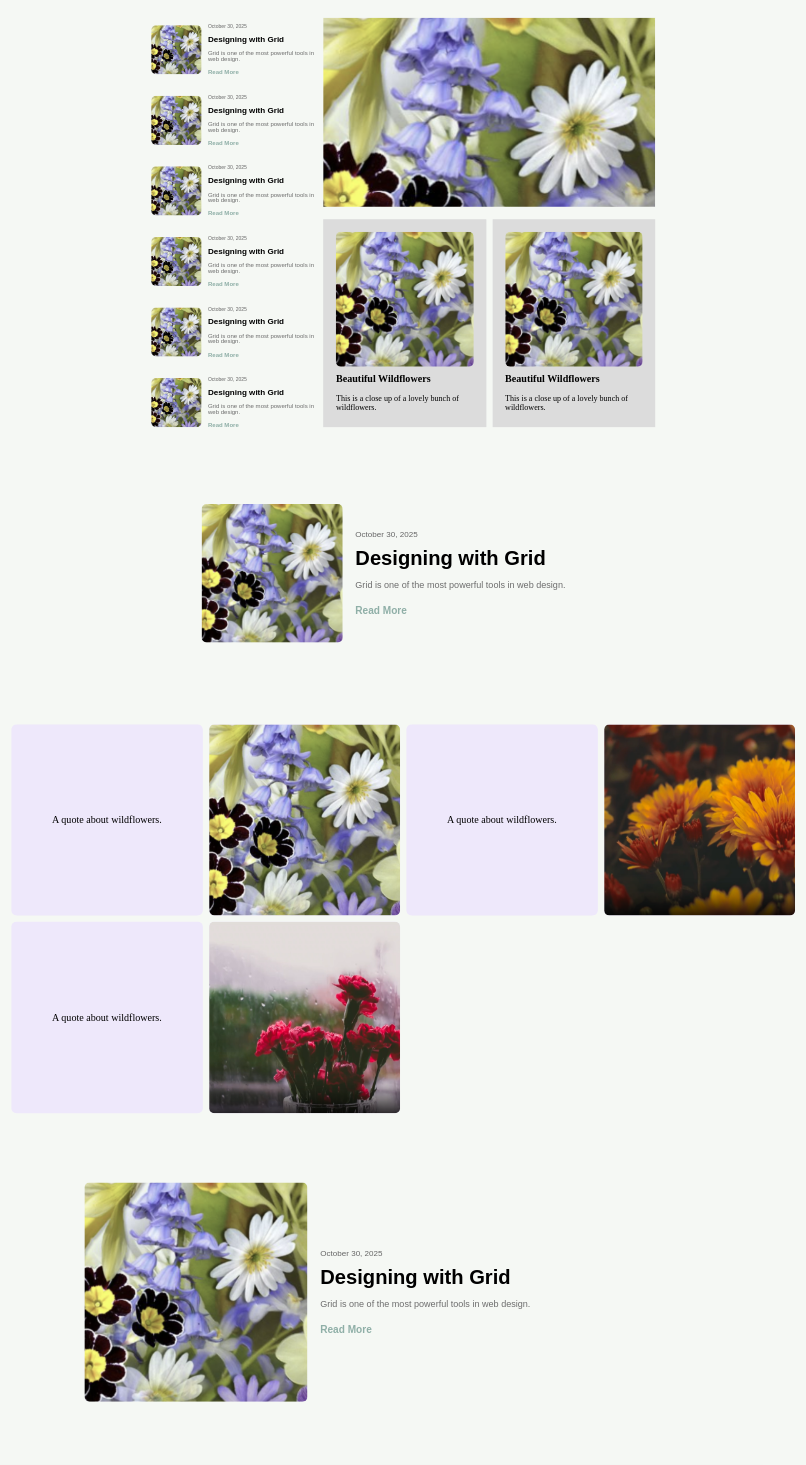
Repository: Brittany-Westlund/WebDesign
Page: Assignment5/grid.html
These files come from the project's save history. The page is drawn as it stood at one moment and after the next save; the edit follows.
The browser window is 1280 px wide. The pictures show the whole page, at 63% of full size.

Above is the page before, as saved 2025-11-19 10:30:22.

### Assignment5/grid.html
<!DOCTYPE html>
<html lang="en">
<head>
    <meta charset="UTF-8">
    <title>Grid Layout</title>
    <link rel="stylesheet" href="style/style.css">
</head>

<body>

<div class="page-wrapper">

<div class="featured-section">

  <!-- Blog List -->
  <div class="blog-list">

    <div class="blog-preview">
      <img src="images/wildflowers-square.png" alt="A closeup of wildflowers.">
      <div class="blog-text">
        <p class="date">October 30, 2025</p>
        <h2 class="post-title">Designing with Grid</h2>
        <p class="post-preview">
          Grid is one of the most powerful tools in web design.
        </p>
        <a href="blog-post.html" class="read-more">Read More</a>
      </div>
    </div>

    <!-- You can copy/paste more blog-preview divs here if you want -->
     <div class="blog-preview">
      <img src="images/wildflowers-square.png" alt="A closeup of wildflowers.">
      <div class="blog-text">
        <p class="date">October 30, 2025</p>
        <h2 class="post-title">Designing with Grid</h2>
        <p class="post-preview">
          Grid is one of the most powerful tools in web design.
        </p>
        <a href="blog-post.html" class="read-more">Read More</a>
      </div>
    </div>

    <div class="blog-preview">
      <img src="images/wildflowers-square.png" alt="A closeup of wildflowers.">
      <div class="blog-text">
        <p class="date">October 30, 2025</p>
        <h2 class="post-title">Designing with Grid</h2>
        <p class="post-preview">
          Grid is one of the most powerful tools in web design.
        </p>
        <a href="blog-post.html" class="read-more">Read More</a>
      </div>
    </div>

    <div class="blog-preview">
      <img src="images/wildflowers-square.png" alt="A closeup of wildflowers.">
      <div class="blog-text">
        <p class="date">October 30, 2025</p>
        <h2 class="post-title">Designing with Grid</h2>
        <p class="post-preview">
          Grid is one of the most powerful tools in web design.
        </p>
        <a href="blog-post.html" class="read-more">Read More</a>
      </div>
    </div>

    <div class="blog-preview">
      <img src="images/wildflowers-square.png" alt="A closeup of wildflowers.">
      <div class="blog-text">
        <p class="date">October 30, 2025</p>
        <h2 class="post-title">Designing with Grid</h2>
        <p class="post-preview">
          Grid is one of the most powerful tools in web design.
        </p>
        <a href="blog-post.html" class="read-more">Read More</a>
      </div>
    </div>

    <div class="blog-preview">
      <img src="images/wildflowers-square.png" alt="A closeup of wildflowers.">
      <div class="blog-text">
        <p class="date">October 30, 2025</p>
        <h2 class="post-title">Designing with Grid</h2>
        <p class="post-preview">
          Grid is one of the most powerful tools in web design.
        </p>
        <a href="blog-post.html" class="read-more">Read More</a>
      </div>
    </div>

  </div> <!-- end blog-list -->






  <div class="right-column">

  <!-- Hero Section -->
  <div class="hero">
    <img src="images/wildflowers-square.png" alt="A closeup of wildflowers.">
  </div>




  <!-- Cards Section -->
  <div class="card-section">

    <div class="card">
      <img src="images/wildflowers-square.png" alt="A closeup of wildflowers.">
      <h3>Beautiful Wildflowers</h3>
      <p>This is a close up of a lovely bunch of wildflowers.</p>
    </div>

    <div class="card">
      <img src="images/wildflowers-square.png" alt="A closeup of wildflowers.">
      <h3>Beautiful Wildflowers</h3>
      <p>This is a close up of a lovely bunch of wildflowers.</p>
    </div>

  </div> <!-- end card-section -->

  </div>

</div> <!-- end featured-section -->


<!-- Single Blog Preview Section -->
    <div class="blog-preview">
      <img src="images/wildflowers-square.png" alt="A closeup of wildflowers.">
      <div class="blog-text">
        <p class="date">October 30, 2025</p>
        <h2 class="post-title">Designing with Grid</h2>
        <p class="post-preview">
          Grid is one of the most powerful tools in web design.
        </p>
        <a href="blog-post.html" class="read-more">Read More</a>
      </div>
    </div>

  </div> <!-- end single blog preview -->




<div class="gallery">
      <div class="item"><p>A quote about wildflowers.</p></div>
      <div class="item"><img src="images/wildflowers-square.png" alt="A closeup of wildflowers"></div>
      <div class="item"><p>A quote about wildflowers.</p></div>
      <div class="item"><img src="images/orange-flowers.png" alt="A closeup of orange flowers"></div>
      <div class="item"><p>A quote about wildflowers.</p></div>
      <div class="item"><img src="images/red-flowers.png" alt="A closeup of red flowers"></p></div>
</div>

<!-- Single Blog Preview Section -->
    <div class="blog-preview">
      <img src="images/wildflowers-square.png" alt="A closeup of wildflowers.">
      <div class="blog-text">
        <p class="date">October 30, 2025</p>
        <h2 class="post-title">Designing with Grid</h2>
        <p class="post-preview">
          Grid is one of the most powerful tools in web design.
        </p>
        <a href="blog-post.html" class="read-more">Read More</a>
      </div>
    </div>

  </div> <!-- end single blog preview -->


</body>
</html>

### Assignment5/style/style.css
body {
  background-color: #f5f8f4; /* a light sage-green tone */
}

.page-wrapper {
  max-width: 800px;
  margin: 0 auto;
  padding: 20px;
}

/* The featured section */
.featured-section {
  display: grid;
  grid-template-columns: 1fr 2fr;
  grid-template-rows: auto auto;
  gap: 10px;
  align-items: start;
}


.blog-preview {
  display: flex; /* activates Flexbox */
  flex-direction: row; /* aligns items in a row (default, but explicit is good) */
  align-items: center; /* vertically centers items within the row */
  gap: 20px; /* adds space between items */
  max-width: 80%; /* controls total width of the content block */
  margin: 80px auto; /* centers on page with top/bottom space */
  padding: 20px 40px; /* adds subtle inner space from edges */
}

.blog-preview img {
  width: 35%;      /* image takes up 45% of the total width of .blog-preview */
  height: auto;    /* keeps proportions correct */
  border-radius: 8px; /* optional, softens corners */
}

.blog-list {
  display: flex;
  flex-direction: column;
  gap: 10px;
  max-width: 100%;
}
.blog-text {
  display: flex;
  flex-direction: column; /* stacks each text element vertically */
  gap: 10px; /* adds consistent space between elements */
}
.date {
  font-family: Arial, Helvetica, sans-serif;
  font-size: 0.8rem;
  color: #666;
  margin: 0;
}

.post-title {
  font-family: Arial, Helvetica, sans-serif;
  font-size: 2rem;
  font-weight: 600;
  line-height: 1.3;
  margin: 0;
}

.post-preview {
  font-family: Arial, Helvetica, sans-serif;
  font-size: 0.9rem;
  color: #6d6d6d;
  line-height: 1.6;
  margin: 0;
}

.read-more {
  font-family: Arial, Helvetica, sans-serif;
  text-decoration: none;
  font-weight: bold;
  color: #8fafa7;
  margin-top: 10px;
}




.right-column {
  grid-column: 2;
  grid-row: 1 / 3; /* spans both rows — hero + cards */
  display: flex;
  flex-direction: column;
  gap: 20px;
}

.hero {
  grid-column: 2;
  grid-row: 1;
  max-height: 300px;
  overflow: hidden;
}

.hero img {
  width: 100%;
  height: auto;
  display: block;
}





.card-section {
  grid-column: 1 / 3; /* spans both columns */
  grid-row: 2;
  display: flex;
  gap: 10px;
}

.card {
  display: flex;
  flex-direction: column;
  flex: 1;
  gap: 10px;
  padding: 20px;
  background-color: gainsboro;
  max-width: 300px;
  width: 100%;
  margin-bottom: 20px;
}

.card img {
  width: 100%;
  height: auto;
  border-radius: 8px;
}




/* Compact blog previews ONLY inside the featured section */

.featured-section .blog-preview {
  max-width: 100% !important;
  margin: 0px 0 !important;
  padding: 10px 0 !important;   /* removes the 40px left/right padding */
  gap: 10px;
  width: 100%;
  box-sizing: border-box;
}

.featured-section .blog-preview img {
  width: 80px;
  height: auto;
  flex-shrink: 0;
  border-radius: 8px;
}

.featured-section .blog-text {
font-size: 0.6rem;
}

.featured-section .post-preview {
font-size: 0.6rem;
line-height: 1;
}

.featured-section .post-title {
font-size: 0.8rem;
line-height: 1;
}

.featured-section .date {
font-size: 0.5rem;
}

.featured-section .read-more {
margin-top: 0px !important;
}

.featured-section .card {
  height: 290px;
}

.featured-section .card h3 {
  font-size: 1rem;
  margin: 0 0;
}

.featured-section .card p {
  font-size: 0.8rem;
  margin-top: 5px;
}

/* End of featured section */












/* Start of Gallery section */

.gallery {
  display: grid;
  grid-template-columns: repeat(auto-fit, minmax(250px, 1fr));
  gap: 10px;
  margin: auto;
  padding: 10px;
}

.item {
  background-color: #eee8fb;
  border-radius: 8px;
  aspect-ratio: 1 / 1;
  display: flex;
  justify-content: center;
}

.item img {
  padding: 0;
  width: 100%;
  height: auto; /* maintains the image's aspect ratio */
  display: block; /* clears any space after the image */
  border-radius: 8px;

}

.item p {
  text-align: center;
  display: flex;
  align-items: center;
}

/* End of Gallery section */












/* The main footer container */

.footer {
  display: flex; /* Places all footer sections (icons + lists) side by side in a row */
  justify-content: space-between; /* Adds equal space between each section horizontally */
  align-items: flex-start; /* Aligns all sections to the top of the footer */
  background-color: #d5d0dd; /* Sets the footer’s background color */
  padding: 30px 100px; /* Adds space inside the footer: 30px top/bottom, 100px left/right */
  font-family: Arial, Helvetica, sans-serif; /* Sets the font for the entire footer */
}

.footer ul {
  list-style: none; /* Removes the default bullets from list items */
  padding: 0; /* Removes default padding inside the <ul> */
  margin: 0; /* Removes default margin outside the <ul> */
}

.footer li {
  margin-bottom: 6px; /* Adds a little space between each list item */
  font-size: 14px; /* Makes the text slightly smaller for a neat footer look */
}

.social-icons img {
  width: 22px; /* Sets consistent icon size */
  margin-right: 10px; /* Adds space between the icons */
  vertical-align: middle; /* Keeps icons visually aligned with any text nearby */
}



a:focus, button:focus, input:focus {
  outline: 2px solid #4a90e2;
  outline-offset: 2px;
}





@media (max-width: 600px) {
  .card-section{
    flex-direction: column;
  }
}


@media (min-width: 600px) and (max-width: 1024px) {
  /* Styles for tablets */
}

After the next save:
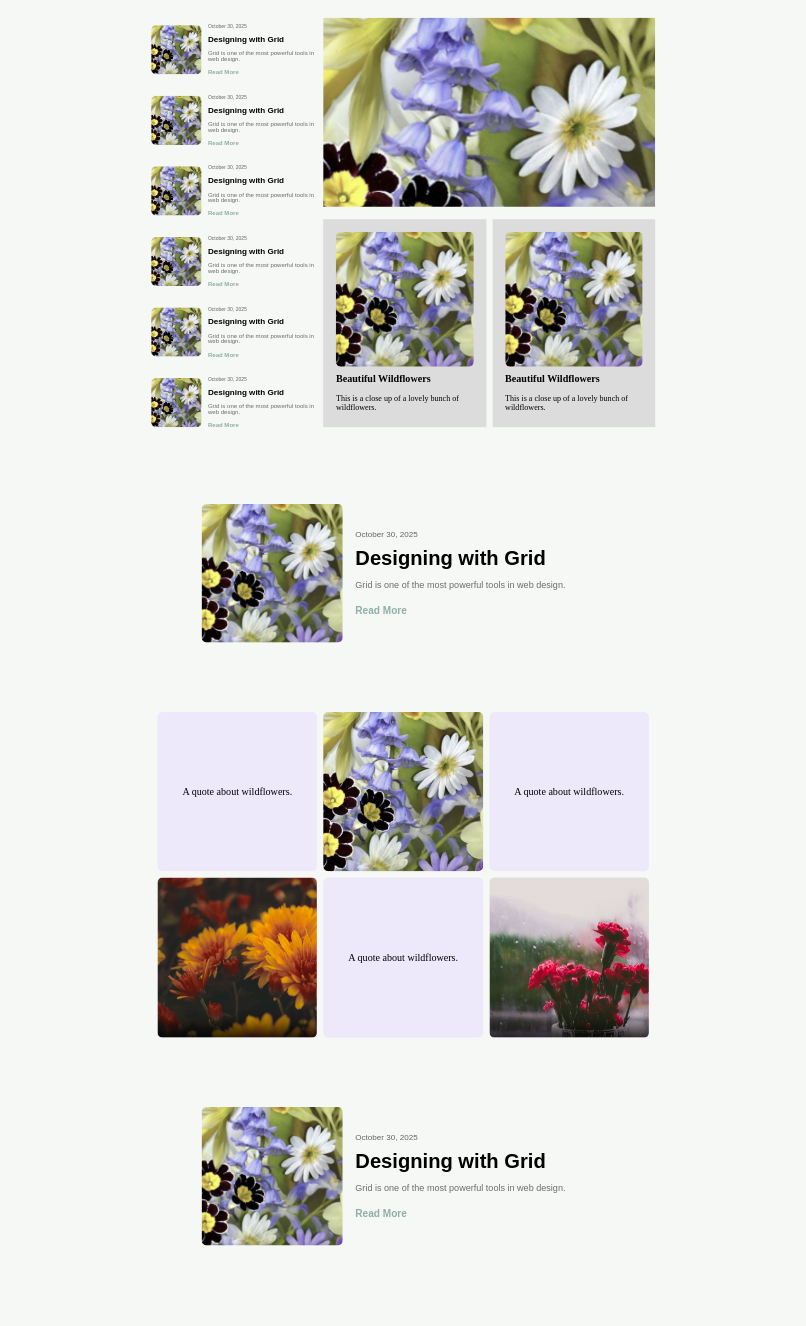
Saved 97 s later.
--- a/Assignment5/grid.html
+++ b/Assignment5/grid.html
@@ -138,10 +138,7 @@
         </p>
         <a href="blog-post.html" class="read-more">Read More</a>
       </div>
-    </div>
-
-  </div> <!-- end single blog preview -->
-
+    </div> <!-- end single blog preview -->
 
 
 
@@ -165,9 +162,7 @@
         </p>
         <a href="blog-post.html" class="read-more">Read More</a>
       </div>
-    </div>
-
-  </div> <!-- end single blog preview -->
+    </div> <!-- end single blog preview -->
 
 
 </body>
